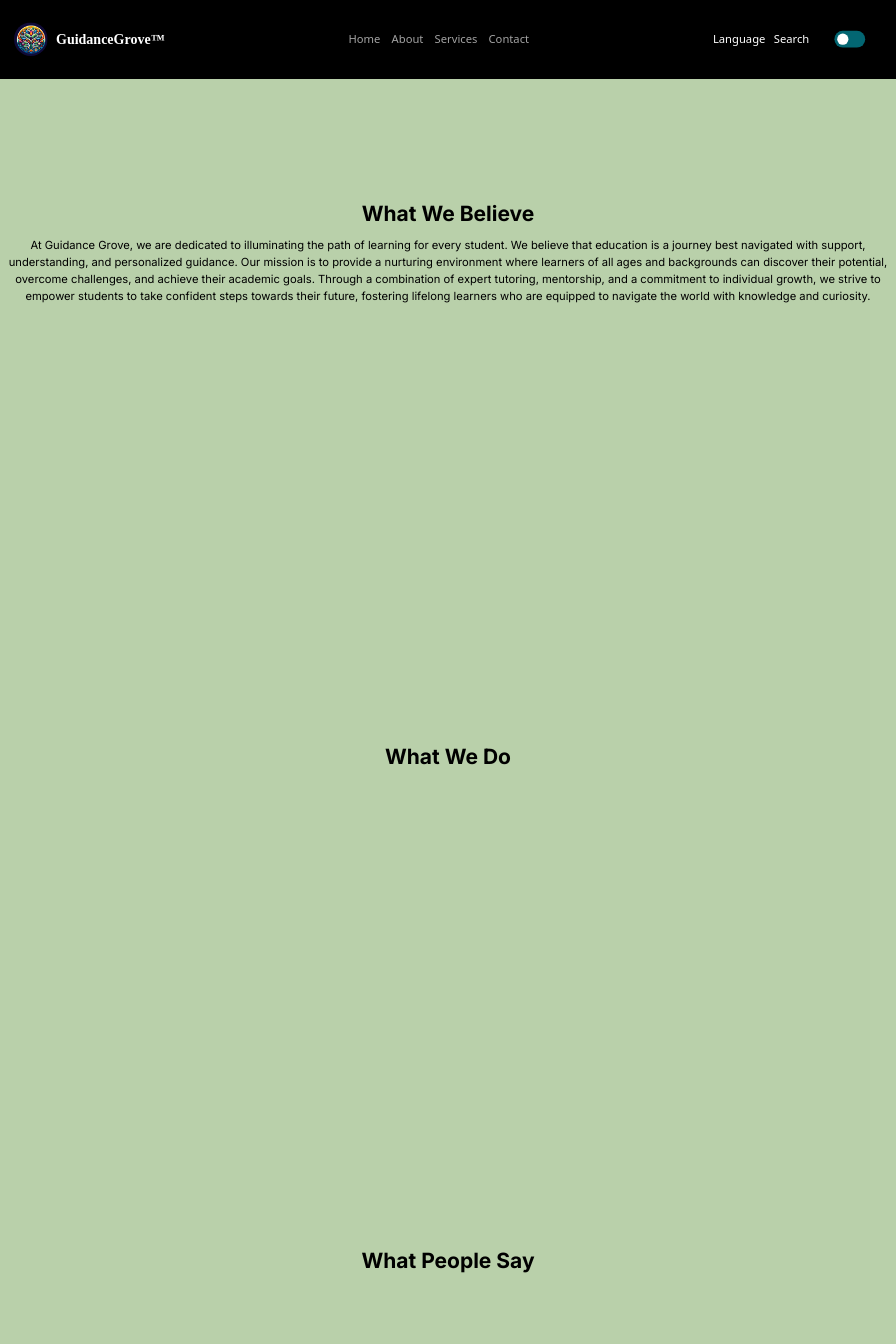
Repository: PositiveGuy/GuidanceGrove
Page: /
An editor plug-in stored every save of this project. The page is shown before and after the next save, followed by the edit.
The browser window is 1280 px wide. The pictures show the part of the page from y = 0 to 1920 px (the page is 3874 px tall before and 3966 px after), at 70% of full size.
The project was rebuilt for these pictures with package versions that can differ from the ones it lists, and the page was loaded fresh each time. The framework's server and built-in components were replaced by stand-ins that run in the browser. Also part of the build but not shown: next.config.js.

Above is the page before, as saved 2023-12-28 13:51:45.

### src/app/layout.tsx
import React from 'react';
import Header from '../components/header';
import Footer from '../components/footer';
import { Inter } from 'next/font/google';
import './globals.css';
import { ThemeContextProvider } from '@/context/ThemeContext';
import ThemeProvider from '@/providers/ThemeProvider';
import ThemeWrapper from '@/components/ThemeWrapper';

//font
const inter = Inter({ subsets: ['latin'] });



//header and footer layout
const RootLayout = ({ children }: { children: React.ReactNode }) => {
  return (
    <html lang='en'>
      <body>
        <ThemeContextProvider>
          <ThemeProvider>
            <Header />
            <ThemeWrapper>
              <main className={inter.className}>{children}</main>
            </ThemeWrapper>
            <Footer />
          </ThemeProvider>
        </ThemeContextProvider>
      </body>
    </html>
  );
};

export default RootLayout;

### src/app/page.tsx
import React from 'react';
//components import
import BelieveSection from '../components/BelieveSection';
import ServicesSection from '../components/ServicesSection';
import TestimonialsSection from '../components/TestimonialsSection';
import CallToActionSection from '../components/CallToActionSection';
import ContactSection from '../components/ContactSection';


//page layout
const Page = () => {
  return (
    <>
      <BelieveSection />
      <ServicesSection />
      <TestimonialsSection />
      <CallToActionSection />
      <ContactSection />
    </>
  );
};

export default Page;

### src/components/header.tsx
"use client"
import { useState } from "react";
import MobileNavigation from "./MobileNavigation";
import ThemeToggle from "./ThemeToggle";


const Header = () => {
  const [istoggled, setIsToggled] = useState(false)
  const mobileMenuHandler = () => {
    setIsToggled(!istoggled)
  }
  return (
    <>
      <nav className="hidden fixed z-50 w-full md:flex justify-between items-center p-5 bg-black">
        {/* Left Side: Logo and GuidanceGrove™ */}
        <div className="flex items-center space-x-3">
          <img src="/Logo/guidance-grove-logo.png" alt="Guidance Grove Logo" className="h-12 w-12 rounded-full" />
          <div className="text-xl font-caveat font-bold text-white">
            GuidanceGrove™
          </div>
        </div>

        {/* Center: Navigation Links */}
        <div>
          <ul className="flex space-x-4">
            <li><a href="/" className="text-neutral-400 hover:text-white">Home</a></li>
            <li><a href="/about" className="text-neutral-400 hover:text-white">About</a></li>
            <li><a href="/services" className="text-neutral-400 hover:text-white">Services</a></li>
            <li><a href="/contact" className="text-neutral-400 hover:text-white">Contact</a></li>
          </ul>
        </div>

        {/* Right Side: Placeholders for Language, Search, and Dark Mode Toggle */}
        <div className="flex items-center space-x-3">
          <div className="text-white">Language</div>
          <div className="text-white">Search</div>
          <ThemeToggle />
        </div>
      </nav>

      {/*Mobile Navbar*/}
      <nav className="md:hidden fixed z-50 w-full flex justify-between items-center p-5 bg-black">



        <MobileNavigation />

      </nav>

    </>
  );
};

export default Header;

### src/components/footer.tsx
import Image from "next/image";

const Footer = () => {
  return (
    <footer className="p-5 bg-black shadow-inner text-center">
      <div className="flex justify-center space-x-8 mt-10">
        {/* Placeholder for social icons */}
        <Image src={"/SVGs/ig.svg"} width={50} height={50} alt="ig"></Image>
        <Image src={"/SVGs/fb.svg"} width={50} height={50} alt="fb"></Image>
        <Image src={"/SVGs/tw.svg"} width={50} height={50} alt="tw"></Image>
        <Image src={"/SVGs/wa.svg"} width={50} height={50} alt="wa"></Image>
        <Image src={"/SVGs/yt.svg"} width={50} height={50} alt="in"></Image>
      </div>

      <div className="flex justify-center space-x-1 mb-10 text-teal-50">
        <div className="mt-20">
          ©2023; designed with love and care by
        </div>
        <div className="mt-20 font-caveat">
          GuidanceGrove™
        </div>
      </div>
    </footer>
  );
};
//make GuidanceGrove in font Caveat
export default Footer;

### src/app/globals.css
@tailwind base;
@tailwind components;
@tailwind utilities;

:root {
  --foreground-rgb: 0, 0, 0;
  --background-start-rgb: 214, 219, 220;
  --background-end-rgb: 255, 255, 255;
}

@media (prefers-color-scheme: dark) {
  :root {
    --foreground-rgb: 255, 255, 255;
    --background-start-rgb: 0, 0, 0;
    --background-end-rgb: 0, 0, 0;
  }
}

body {
  color: rgb(var(--foreground-rgb));
  background: linear-gradient(
      to bottom,
      transparent,
      rgb(var(--background-end-rgb))
    )
    rgb(var(--background-start-rgb));
}

.custom-shadow {
    box-shadow: 0 2px 4px rgba(0, 0, 0, 0.2);
}

### src/context/ThemeContext.tsx
"use client"
import { createContext, useState, ReactNode, useEffect } from "react"

interface ChildrenProps {
    children: ReactNode
}

interface ThemeContextType {
    theme: string
    toggle: () => void
}

// This component is responsible to registering and remembering what theme was chosen by the user
// we use local storage for that
export const ThemeContext = createContext<ThemeContextType>({
    theme: "light",
    toggle: () => { },
})

function getFromLocalStorage() {
    if (typeof window === "undefined") {
        return "light";
    }
    const storedTheme = localStorage.getItem("theme");
    console.log("Initial theme from localStorage:", storedTheme); // Debug log
    return storedTheme || "light";
}


export const ThemeContextProvider = ({ children }: ChildrenProps) => {
    const [theme, setTheme] = useState<string>(getFromLocalStorage)

    // since next.js uses server side rendering, we must specify if the transition to client is completed
    const toggle = () => {
        setTheme(prevTheme => prevTheme === "light" ? "dark" : "light");
    };



    useEffect(() => {
        console.log("Updating theme in localStorage to:", theme); // Debug log
        localStorage.setItem("theme", theme);
    }, [theme]);



    return <ThemeContext.Provider value={{ theme, toggle }}>{children}</ThemeContext.Provider>
}

### src/providers/ThemeProvider.tsx
"use client"

import { ThemeContext } from "@/context/ThemeContext"
import { useState, useEffect, useContext, ReactNode } from "react"


interface ChildrenProps {
    children: ReactNode
}

// this component is created to keep the layout/page as server side rendered.
// useContext() requires you to have "use client"

export default function ThemeProvider({ children }: ChildrenProps) {
    const { theme } = useContext(ThemeContext)
    const [mounted, setMounted] = useState(false)

    useEffect(() => {
        setMounted(true)
    }, [])

    if (mounted) {
        return <div className={theme}>{children}</div>
    }
    return <div className={theme}>{children}</div>
}

### src/components/ThemeWrapper.tsx
"use client"
import React, { useContext } from 'react';
import { ThemeContext } from '@/context/ThemeContext';

const ThemeWrapper = ({ children }: { children: React.ReactNode }) => {
    const { theme } = useContext(ThemeContext);

    return (
        <div className={`${theme === "light" ? " bg-sage text-black" : "bg-gray-700 text-slate-400"}`}>
            {children}
        </div>
    );
};

export default ThemeWrapper;

### src/components/BelieveSection.tsx
"use client"
import { ThemeContext } from "@/context/ThemeContext";
import { useContext } from "react";

const BelieveSection = () => {
  const { theme } = useContext(ThemeContext)
  return (
    <div id="believe" className={`h-screen flex items-center justify-center`}>
      <div className="text-center">
        <h2 className="text-3xl font-bold">What We Believe</h2>
        <p className="mt-4">At Guidance Grove, we are dedicated to illuminating the path of learning for every student.
          We believe that education is a journey best navigated with support, understanding, and personalized guidance.
          Our mission is to provide a nurturing environment where learners of all ages and backgrounds
          can discover their potential, overcome challenges, and achieve their academic goals.
          Through a combination of expert tutoring, mentorship, and a commitment to individual growth,
          we strive to empower students to take confident steps towards their future,
          fostering lifelong learners who are equipped to navigate the world with knowledge and curiosity.</p>
      </div>
    </div>
  );
};

export default BelieveSection;

### src/components/ServicesSection.tsx
"use client"
import { ThemeContext } from "@/context/ThemeContext";
import { useContext } from "react";

const ServicesSection = () => {
  const { theme } = useContext(ThemeContext)
  return (
    <div id="services" className={`h-screen flex items-center justify-center  `}>
      <div className="text-center">
        <h2 className="text-3xl font-bold">What We Do</h2>
        {/* Add service details here */}
      </div>
    </div>
  );
};

export default ServicesSection;

### src/components/TestimonialsSection.tsx
"use client"
import { ThemeContext } from "@/context/ThemeContext";
import { useContext } from "react";

const TestimonialsSection = () => {
  const { theme } = useContext(ThemeContext)
  return (
    <div id="testimonials" className={`h-screen flex items-center justify-center   `}>
      <div className="text-center">
        <h2 className="text-3xl font-bold">What People Say</h2>
        {/* Add testimonials here */}
      </div>
    </div>
  );
};

export default TestimonialsSection;

### src/components/CallToActionSection.tsx
"use client"
import { ThemeContext } from "@/context/ThemeContext";
import { useContext } from "react";

const CallToActionSection = () => {
  const { theme } = useContext(ThemeContext)
  return (
    <div id="cta" className={`h-screen flex items-center justify-center  `}>
      <div className="container mx-auto px-4 sm:px-6 lg:px-8">
        <div className="flex flex-wrap -mx-4 items-center">
          <div className="text-left lg:w-1/2 px-4 mb-4 lg:mb-0">
            <h2 className="text-5xl font-bold">Payments tool for software companies</h2>
            <p className="mt-2 text-lg">From checkout to global sales tax compliance, companies around the world use Flowbite to simplify their payment stack.</p>
            <button className="mt-4 bg-blue-500 text-white py-2 px-4 rounded hover:bg-blue-700">
              Get started ➤
            </button>
          </div>
          <div className="lg:w-1/2 px-4 flex justify-center lg:justify-end">
            <img src="DALLE/career.png" alt="Software Payment Tool" className="object-contain lg:object-cover h-80 w-full lg:w-auto rounded-lg shadow-lg" />
          </div>
        </div>
      </div>
    </div>
  );
};

export default CallToActionSection;

### src/components/ContactSection.tsx
"use client"
import { ThemeContext } from "@/context/ThemeContext";
import { useContext } from "react";

const ContactSection = () => {
  const { theme } = useContext(ThemeContext)
  return (
    <div id="contact" className={`h-screen flex items-center justify-center  `}>
      <div className="text-center">
        <h2 className="text-3xl font-bold">Contact Us</h2>
        {/* Add contact form or information here */}
      </div>
    </div>
  );
};

export default ContactSection;

### src/components/MobileNavigation.tsx
import { Navbar } from 'flowbite-react';
import Link from 'next/link';
import { useState } from 'react';
import ThemeToggle from './ThemeToggle';

export default function MobileNavigation() {


    return (
        <Navbar className='bg-black' fluid={true} rounded={true}>

            <Navbar.Toggle />
            <div className="flex items-center space-x-3">
                <img src="/Logo/guidance-grove-logo.png" alt="Guidance Grove Logo" className="h-12 w-12 rounded-full" />

            </div>
            {/* Right Side: Placeholders for Language, Search, and Dark Mode Toggle */}
            <div className="flex items-center space-x-3">
                <div className="text-white">Language</div>
                <div className="text-white">Search</div>
                <ThemeToggle />
            </div>
            <Navbar.Collapse>
                <Navbar.Link href="#" active>Home</Navbar.Link>
                <Navbar.Link href="#">About</Navbar.Link>
                <Navbar.Link href="#">Service</Navbar.Link>
                <Navbar.Link href="#">Contact</Navbar.Link>
            </Navbar.Collapse>
        </Navbar>
    );
}

### src/components/ThemeToggle.tsx
"use client"
import { useContext } from 'react'
import { Switch } from '@headlessui/react'
import { ThemeContext } from '@/context/ThemeContext'

export default function Example() {
    const { toggle, theme } = useContext(ThemeContext)

    // Determine if the switch should be on or off based on the current theme
    const isDarkMode = theme === 'dark'

    return (
        <div className="flex items-center justify-center p-6"> {/* Adjusted for centering */}
            <Switch
                checked={isDarkMode}
                onChange={toggle} // Use the toggle function from context
                className={`${isDarkMode ? 'bg-teal-900' : 'bg-teal-700'}
                    relative inline-flex items-center h-6 rounded-full w-11 transition-colors focus:outline-none`}
            >
                <span className="sr-only">Toggle theme</span>
                <span
                    aria-hidden="true"
                    className={`${isDarkMode ? 'translate-x-6' : 'translate-x-1'}
                        inline-block w-4 h-4 transform bg-white rounded-full transition-transform`}
                />
            </Switch>
        </div>
    )
}

### tailwind.config.ts
import type { Config } from 'tailwindcss'

const config: Config = {
  content: [
    "./node_modules/flowbite-react/lib/**/*.js",
    './src/pages/**/*.{js,ts,jsx,tsx,mdx}',
    './src/components/**/*.{js,ts,jsx,tsx,mdx}',
    './src/app/**/*.{js,ts,jsx,tsx,mdx}',
  ],
  theme: {
    extend: {
      backgroundImage: {
        'gradient-radial': 'radial-gradient(var(--tw-gradient-stops))',
        'gradient-conic':
          'conic-gradient(from 180deg at 50% 50%, var(--tw-gradient-stops))',

      },
      colors: {
        sage: '#B9D0AA',
      },

      fontFamily: {
        caveat: ['Caveat', 'cursive'],
      },

    },

  },
  plugins: [
    require("flowbite/plugin")
  ],
}
export default config

After the next save:
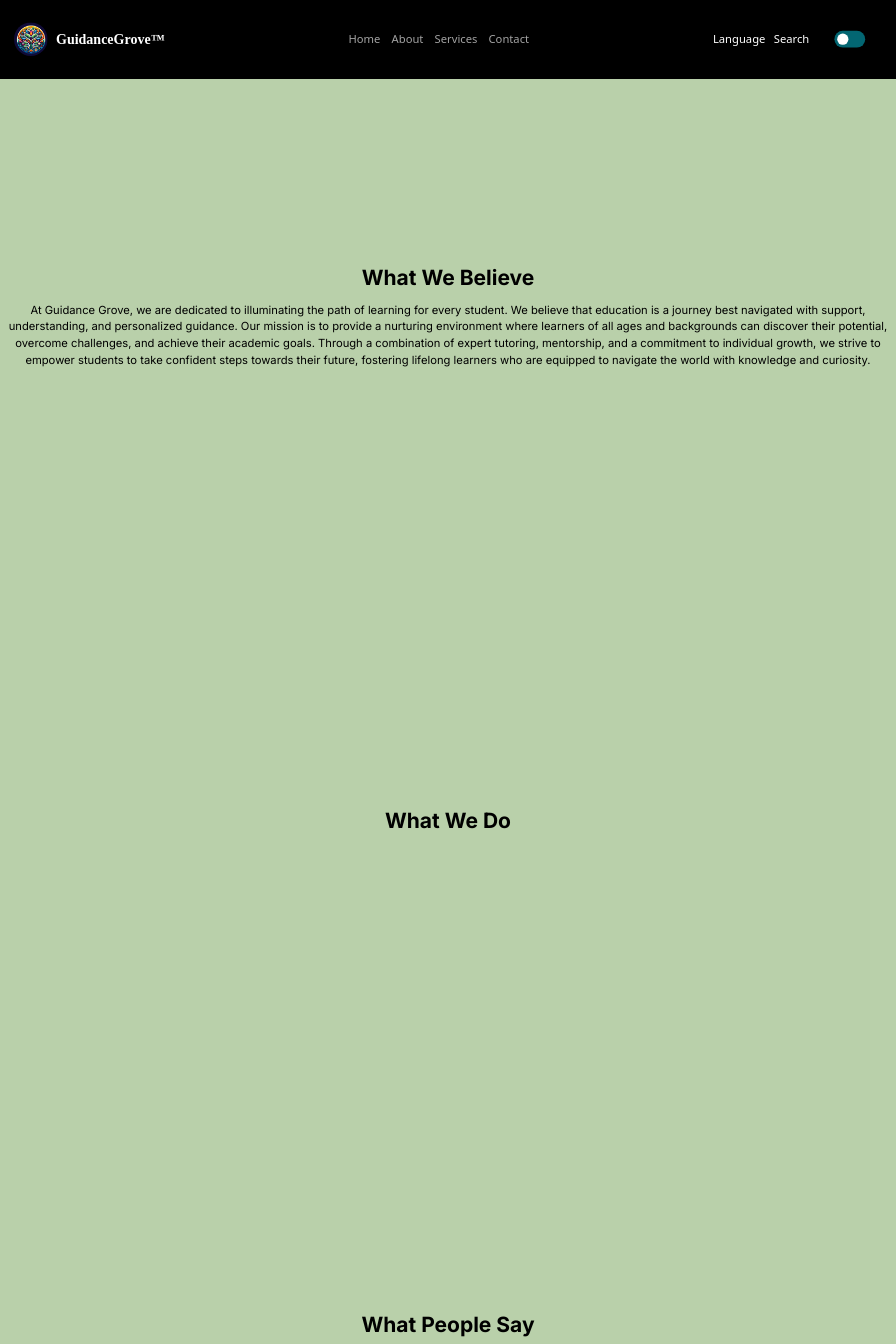
Saved 18 s later.
--- a/src/components/header.tsx
+++ b/src/components/header.tsx
@@ -39,13 +39,13 @@
       </nav>
 
       {/*Mobile Navbar*/}
-      <nav className="md:hidden fixed z-50 w-full flex justify-between items-center p-5 bg-black">
 
 
 
-        <MobileNavigation />
 
-      </nav>
+      <MobileNavigation />
+
+
 
     </>
   );

After the 3 saves that followed:
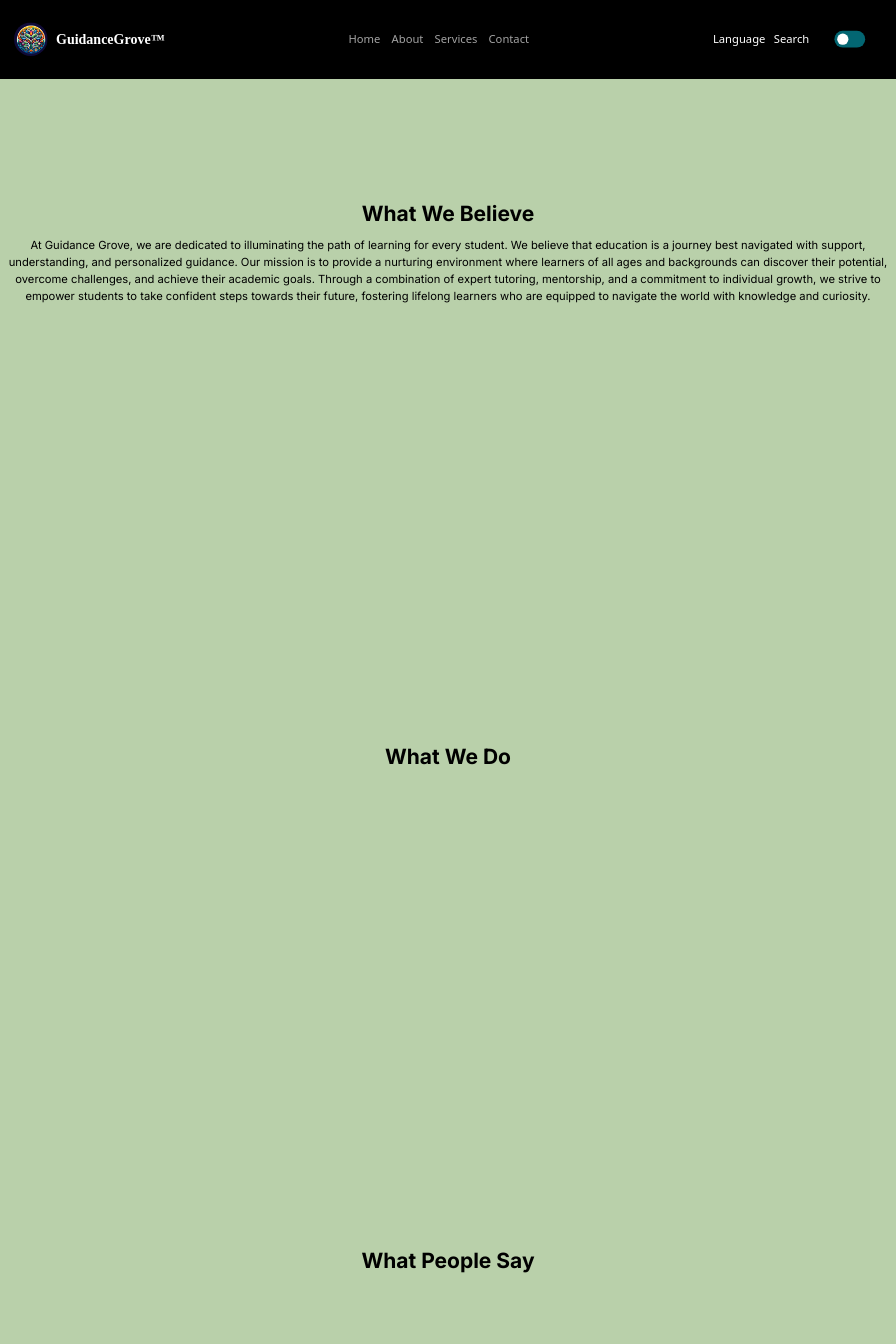
The 3 saves are shown as one change because 1 did not build or start and 1 left the picture as it was.
The last was saved 86 s later.
--- a/src/components/header.tsx
+++ b/src/components/header.tsx
@@ -39,13 +39,13 @@
       </nav>
 
       {/*Mobile Navbar*/}
+      <nav className="md:hidden fixed z-50 w-full flex justify-between items-center p-5 bg-black">
 
 
 
+        <MobileNavigation />
 
-      <MobileNavigation />
-
-
+      </nav>
 
     </>
   );
--- a/src/components/MobileNavigation.tsx
+++ b/src/components/MobileNavigation.tsx
@@ -9,7 +9,6 @@ export default function MobileNavigation() {
     return (
         <Navbar className='bg-black' fluid={true} rounded={true}>
 
-            <Navbar.Toggle />
             <div className="flex items-center space-x-3">
                 <img src="/Logo/guidance-grove-logo.png" alt="Guidance Grove Logo" className="h-12 w-12 rounded-full" />
 
@@ -20,6 +19,7 @@ export default function MobileNavigation() {
                 <div className="text-white">Search</div>
                 <ThemeToggle />
             </div>
+            <Navbar.Toggle />
             <Navbar.Collapse>
                 <Navbar.Link href="#" active>Home</Navbar.Link>
                 <Navbar.Link href="#">About</Navbar.Link>
